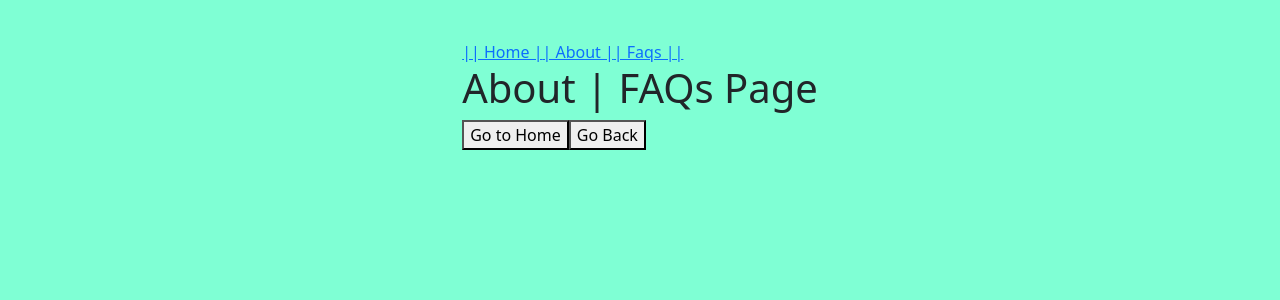
Repository: abgdev1997/proyecto-evo
Page: /about
These files come from the project's save history. The page is drawn as it stood at one moment and after the next save; the edit follows.
The browser window is 1280 px wide. The pictures show the whole page.
The project was rebuilt for these pictures with package versions that can differ from the ones it lists, and the page was loaded fresh each time. Also part of the build but not shown: src/routes/Home/HomePage.jsx, src/routes/404/NotFoundPage.jsx.

Above is the page before, as saved 2022-02-16 13:35:35.

### src/index.js
import React from 'react';
import ReactDOM from 'react-dom';
import 'bootstrap/dist/css/bootstrap.css';
import 'bootstrap-icons/font/bootstrap-icons.css';
import './index.css';
import AppRoutingOne from './AppRoutingOne';

ReactDOM.render(
  <React.StrictMode>
    <AppRoutingOne />
  </React.StrictMode>,
  document.getElementById('root')
);

### src/index.css
body{
    display: flex;
    align-items: center;
    justify-content: center;
    padding-top: 40px;
    padding-bottom: 40px;
    background-color: aquamarine;
}

### src/AppRoutingOne.js
import { BrowserRouter as Router, Route, Link, Switch } from 'react-router-dom'
import Homepage from './routes/Home/HomePage';
import NotFoundPage from './routes/404/NotFoundPage'
import Aboutpage from './routes/about-faqs/AboutPage';

function AppRoutingOne() {
  return (
    <Router>
      <div>
        <aside>
          <Link to='/'>|| Home |</Link>
          <Link to='/about'>| About |</Link>
          <Link to='/faqs'>| Faqs ||</Link>
        </aside>
        <main>
          <Switch>
            <Route exact path='/' component={ Homepage } />
            <Route exact path='/(about|faqs)' component={ Aboutpage } />
            <Route component={ NotFoundPage } />
          </Switch>
        </main>
      </div>
    </Router>
  );
}

export default AppRoutingOne;

### src/routes/about-faqs/AboutPage.jsx
import React from 'react';

import { useLocation, useHistory } from 'react-router-dom';

const Aboutpage = () => {

    const location = useLocation();
    const history = useHistory();

    console.log("'We are in Route:", location.pathname)

    const navigate = (path) => {
        history.push(path);
    }

    const goBack = () => {
        history.goBack();
    }


    return (
        <div>
            <h1>About | FAQs Page</h1>
            <div>
                <button onClick={ () => navigate('/') }>
                    Go to Home
                </button>
                <button onClick={ () => goBack() }>
                    Go Back
                </button>
            </div>
        </div>
    );
}

export default Aboutpage;

Loaded but not shown: public/index.html (common file)

After the next save:
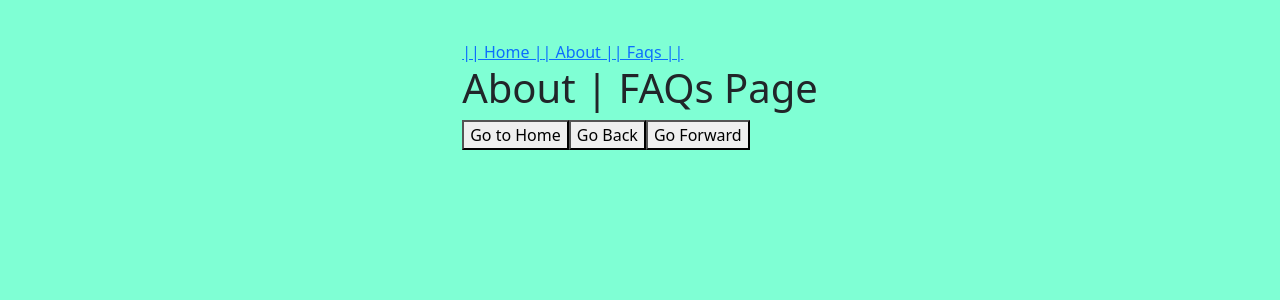
Saved 111 s later.
--- a/src/routes/about-faqs/AboutPage.jsx
+++ b/src/routes/about-faqs/AboutPage.jsx
@@ -17,6 +17,10 @@ const Aboutpage = () => {
         history.goBack();
     }
 
+    const goForward = () => {
+        history.goForward();
+    }
+
 
     return (
         <div>
@@ -28,6 +32,9 @@ const Aboutpage = () => {
                 <button onClick={ () => goBack() }>
                     Go Back
                 </button>
+                <button onClick={ () => goForward() }>
+                    Go Forward
+                </button>
             </div>
         </div>
     );
